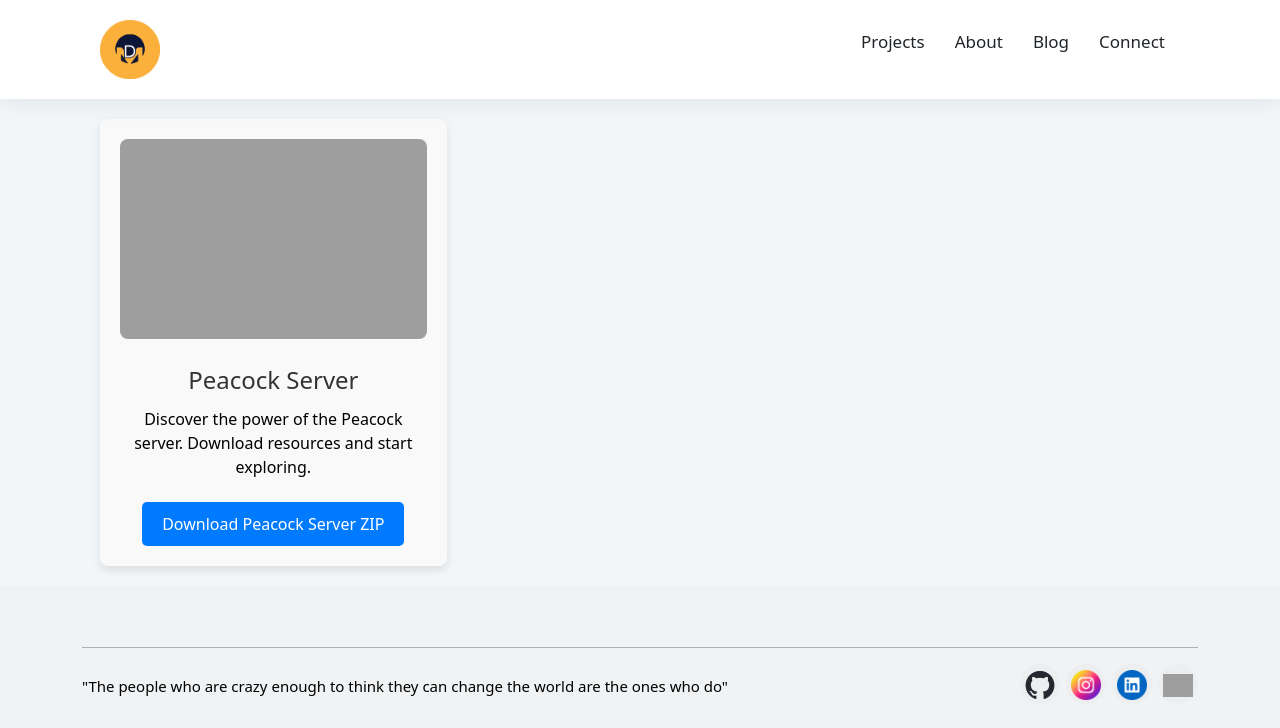
Repository: kaizoku010/firebrand
Page: /blog
These files come from the project's save history. The page is drawn as it stood at one moment and after a run of saves; the edit follows.
The browser window is 1280 px wide. The pictures show the whole page.
Pictures or frames that could not be fetched are drawn as grey boxes. The project was rebuilt for these pictures with package versions that can differ from the ones it lists, and the page was loaded fresh each time. Also part of the build but not shown: vite.config.js, src/update/homescreen.js, src/update/about.css, src/components/chips.css, src/components/chips.js, src/update/about.js, src/dataPoint/AllProjects.js, src/update/appsPage.js and 2 more.

Above is the page before, as saved 2024-11-11 11:51:43.

After the next 4 saves:
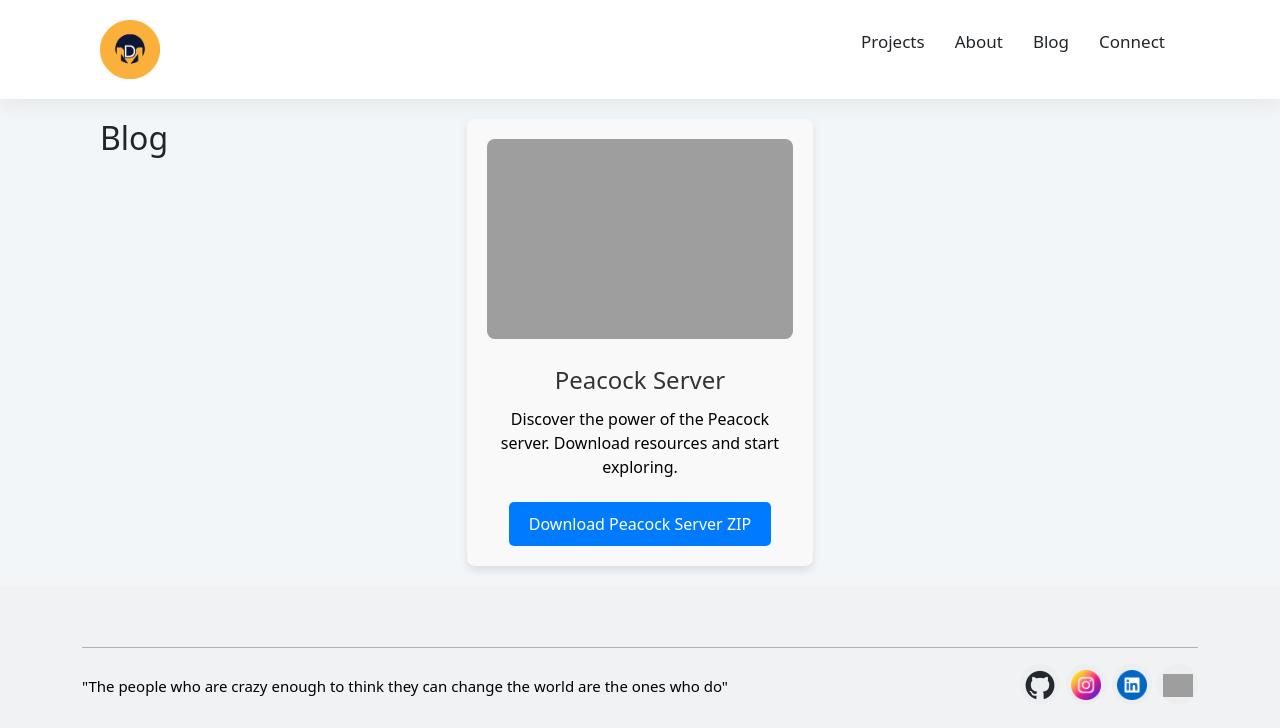
The 4 saves are shown as one change because they came seconds apart.
The last was saved 11 s later.
--- a/src/update/blog.js
+++ b/src/update/blog.js
@@ -19,6 +19,7 @@ function Blog() {
 
     <div className='blog-page'>
          <div className="blog-grid">
+          <h2>Blog</h2>
       {blogs.map((blog) => (
         <div key={blog.id} className="blog-item">
 
